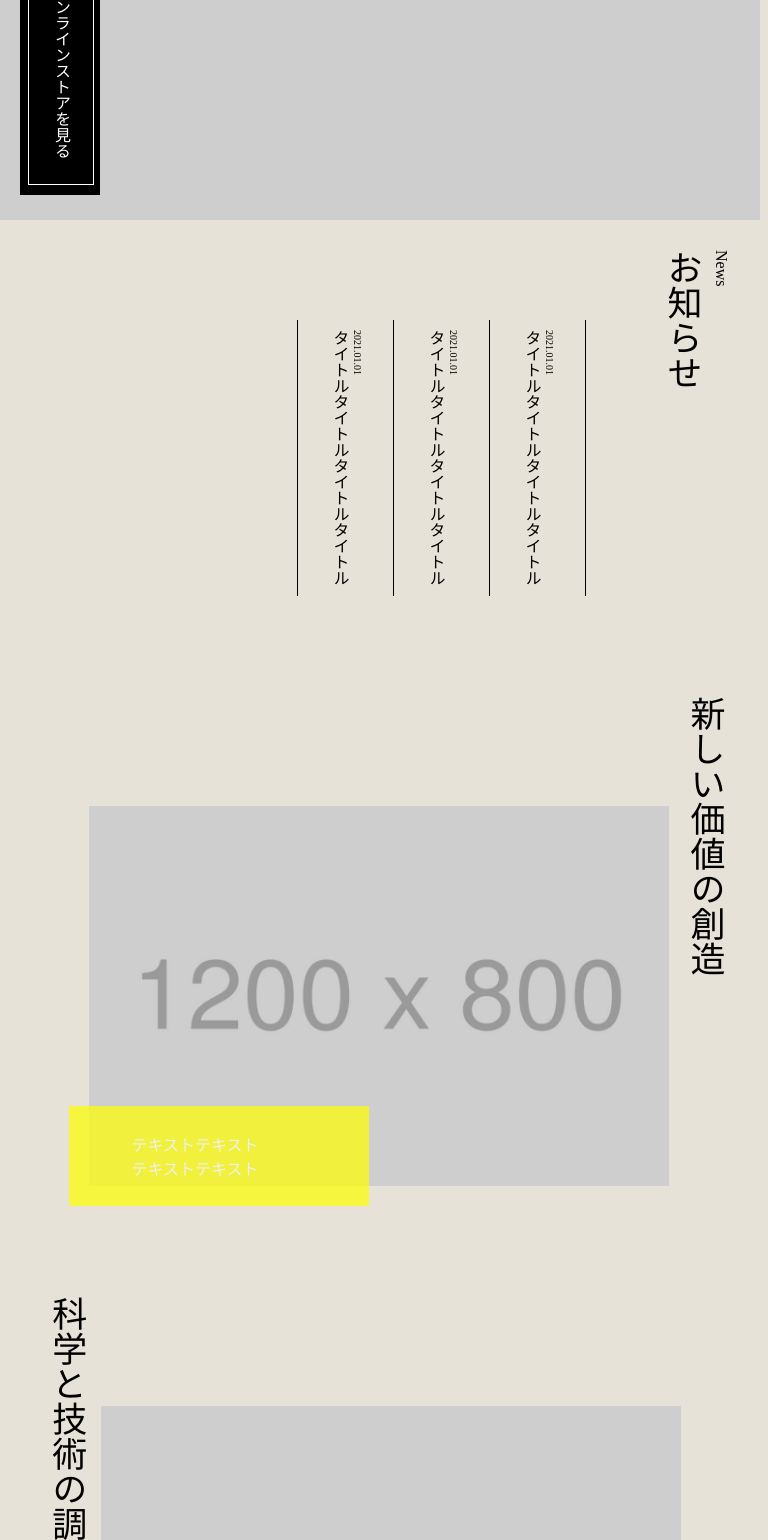
Repository: n19880405nick/challenge
Page: Codestep/Sousaku/sousaku.html
The author's editor kept a record of every edit. The page is drawn from the files as they stood at one moment, then again after the next edit.
The browser window is 768 px wide. The pictures show the part of the page from y = 580 to 2120 px (the page is 3380 px tall before and 3420 px after).

Above is the page before.

After the next edit:
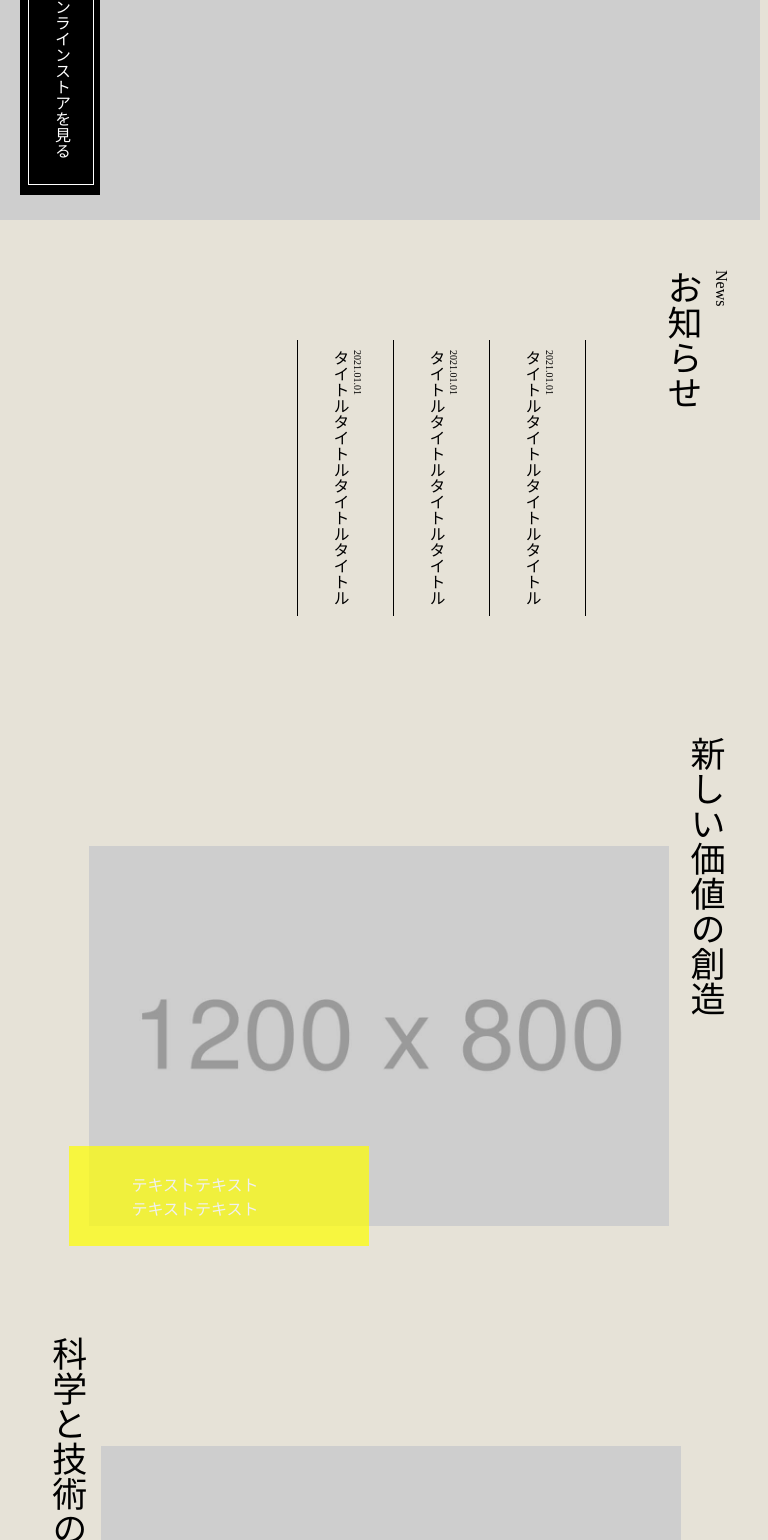
The edit:
--- a/Codestep/Sousaku/sousaku.css
+++ b/Codestep/Sousaku/sousaku.css
@@ -190,7 +190,7 @@
 
   #news, #item, #item2{
     width: 90%;
-    margin: 30px auto;
+    margin: 50px auto;
     writing-mode: vertical-rl;
   }
 
